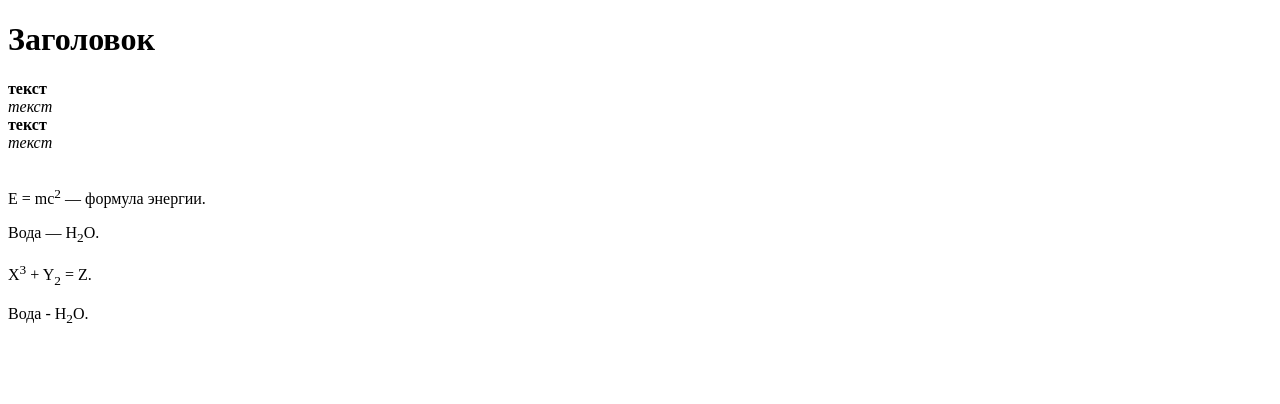
Repository: sannikovcode/exercises-a1
Page: JS/test1/task4/index.html
These files come from the project's save history. The page is drawn as it stood at one moment and after the next save; the edit follows.
The browser window is 1280 px wide. The pictures show the whole page.

Above is the page before, as saved 2025-10-16 14:43:45.

After the next save:
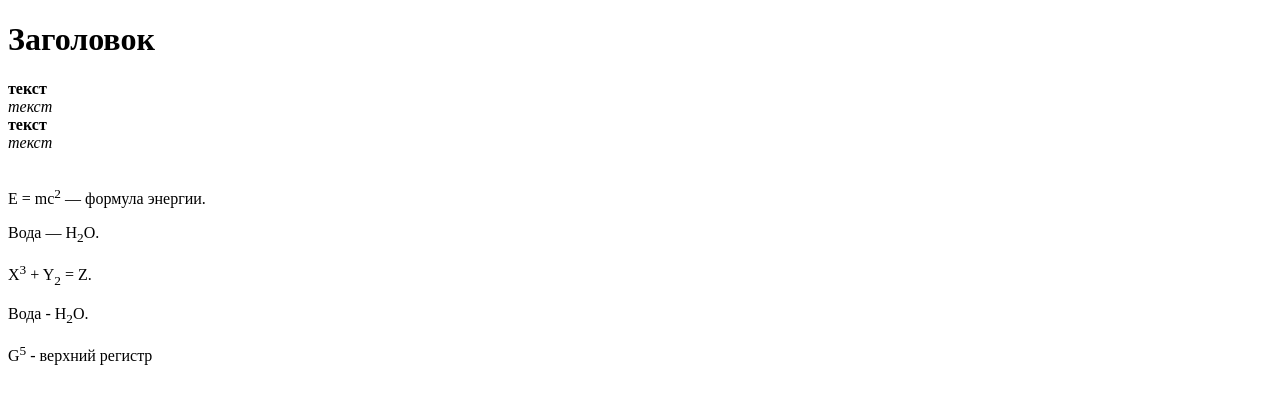
Saved 19 min 32 s later.
--- a/JS/test1/task4/index.html
+++ b/JS/test1/task4/index.html
@@ -20,6 +20,8 @@
     <p>X<sup>3</sup> + Y<sub>2</sub> = Z.</p>
     <p>Вода - H<sub>2</sub>O.</p>
 
+    <p>G<sup>5</sup> - верхний регистр</p>
+
 
 
 
